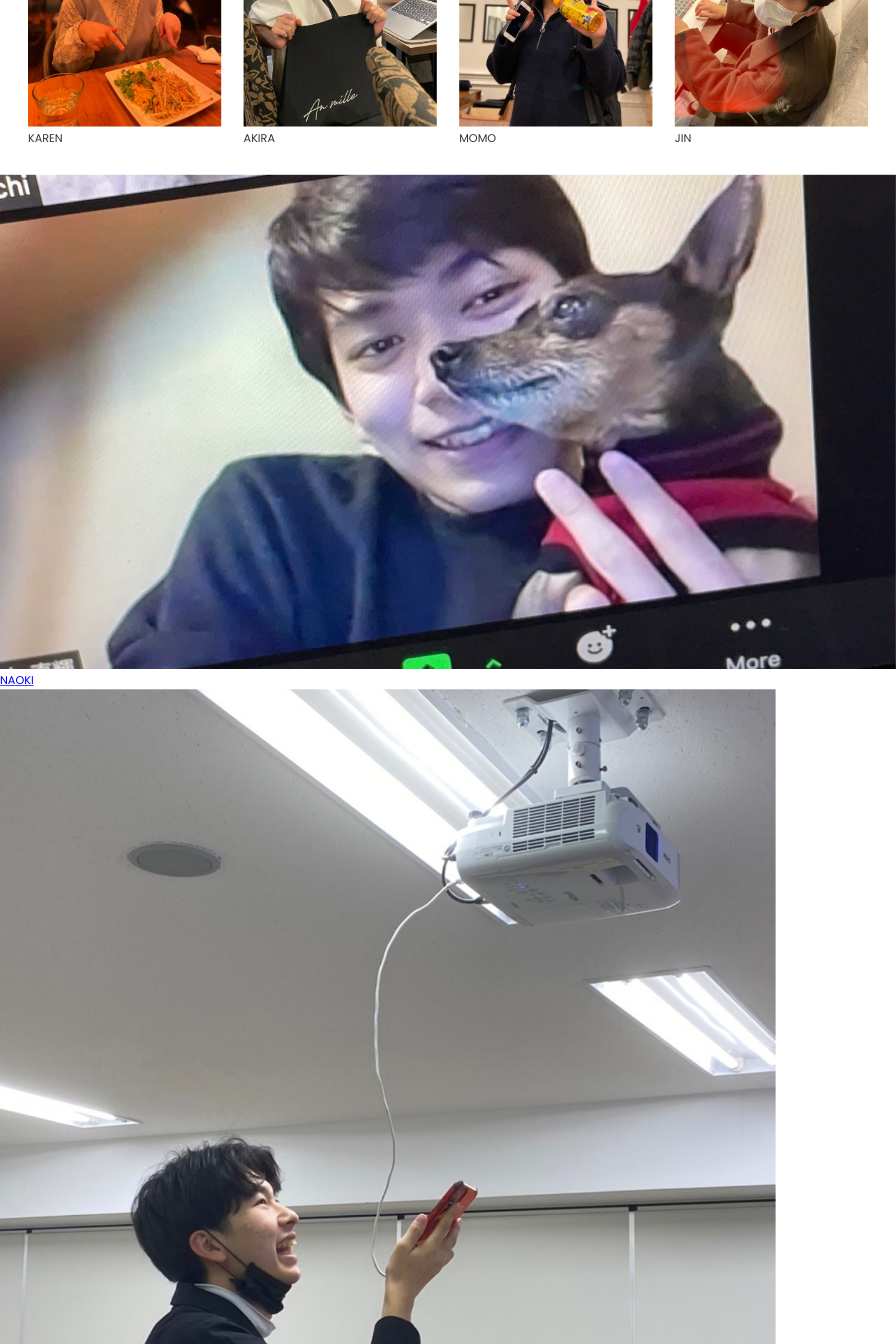
Repository: kohei23n/tenfeet
Page: index.html
The author's editor kept a copy of each file at every save. The page is drawn from the files as they stood at one save, then again after the next save.
The browser window is 1280 px wide. The pictures show the part of the page from y = 704 to 2624 px (the page is 11201 px tall before and 3633 px after), at 70% of full size.

Above is the page before, as saved 2022-02-08 23:21:42.

After the next save:
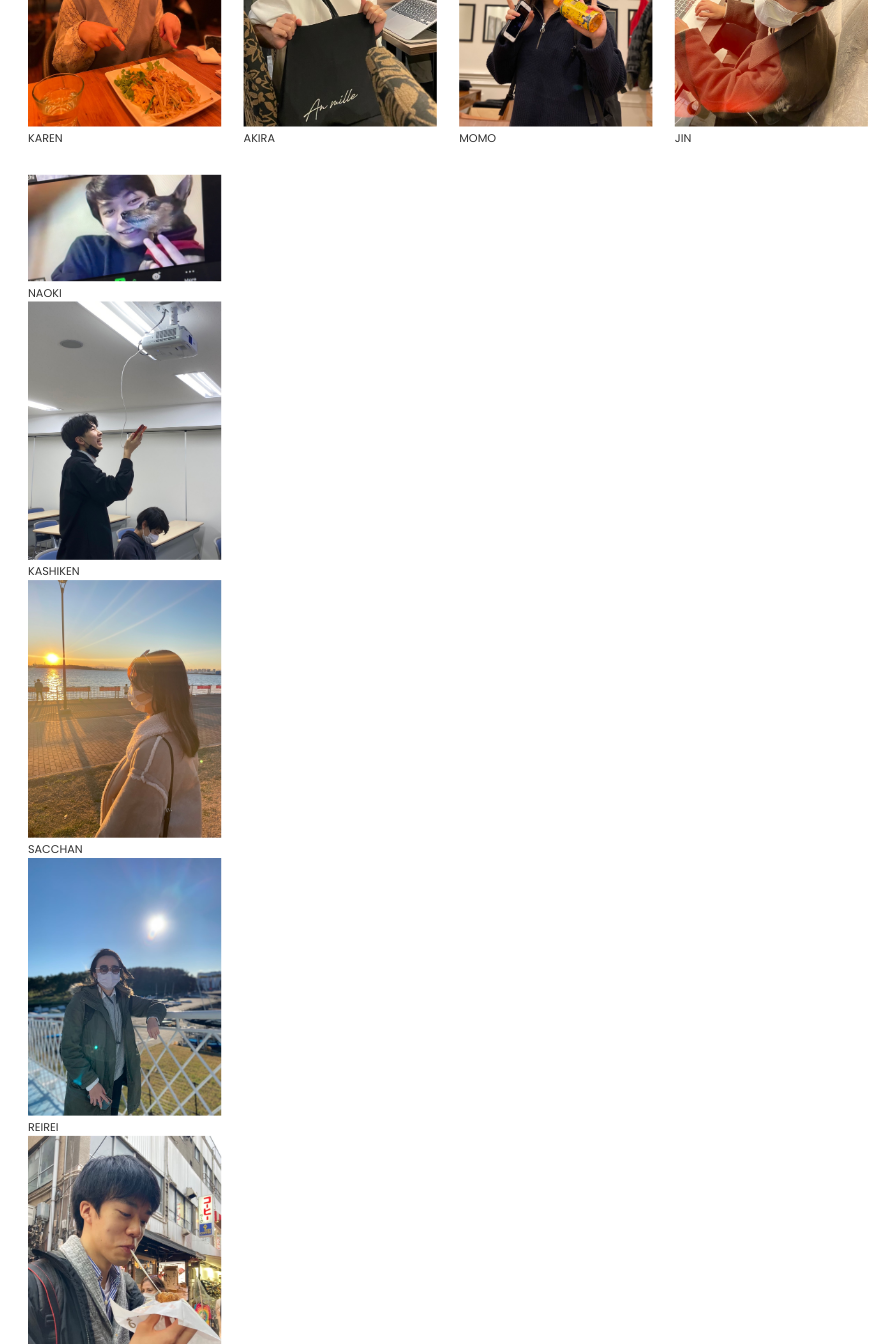
Saved 6 s later.
--- a/index.html
+++ b/index.html
@@ -86,7 +86,8 @@
     </div>
   </main>
 
-
+  <div id="top" class="wrapper2">
+    <ul class="product_list"><li>
   <div id="member_list_2"></div>
 
   <script src="/main.js"></script>

After the 4 saves that followed:
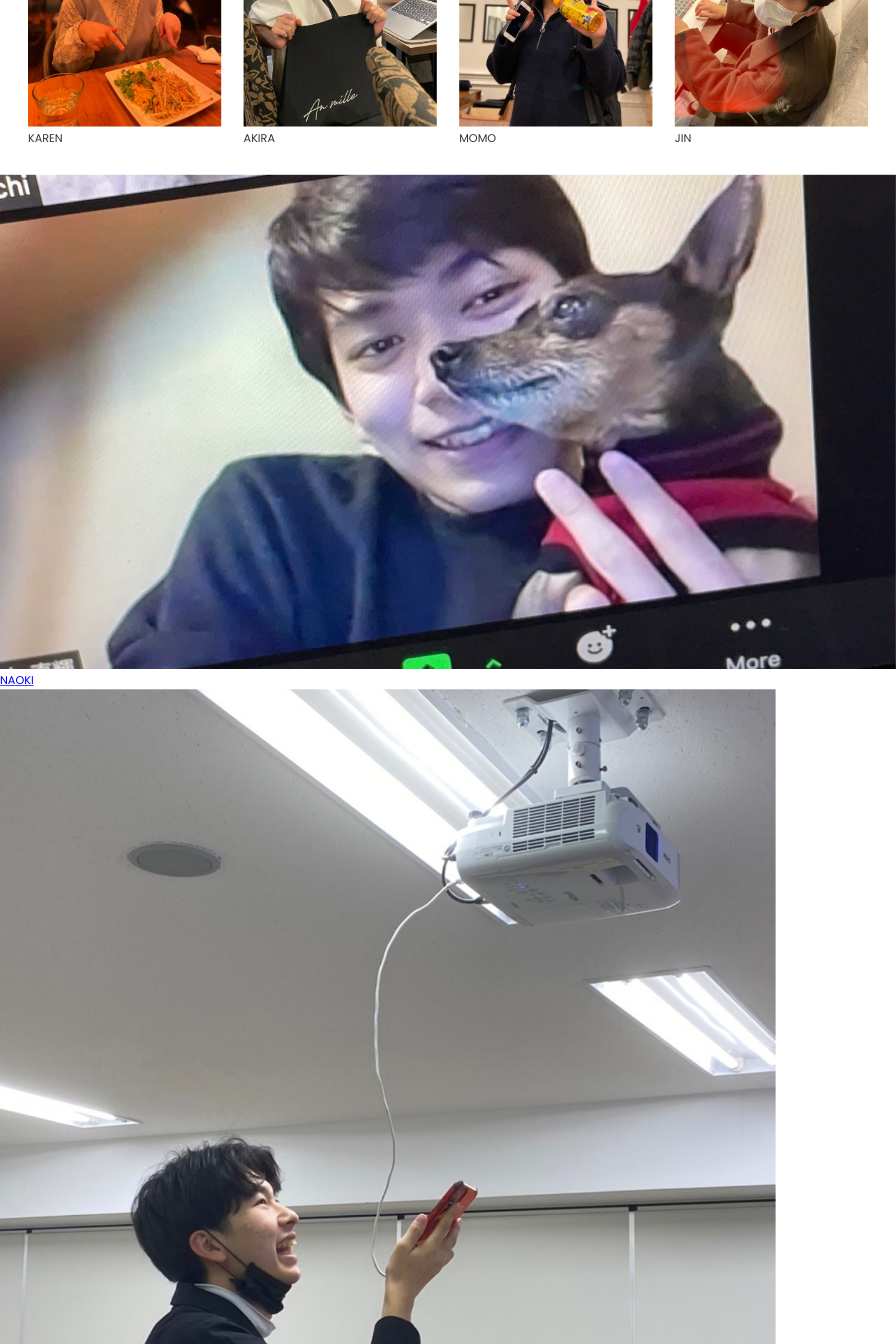
The 4 saves are shown as one change because they came seconds apart.
The last was saved 12 s later.
--- a/index.html
+++ b/index.html
@@ -86,8 +86,7 @@
     </div>
   </main>
 
-  <div id="top" class="wrapper2">
-    <ul class="product_list"><li>
+
   <div id="member_list_2"></div>
 
   <script src="/main.js"></script>
